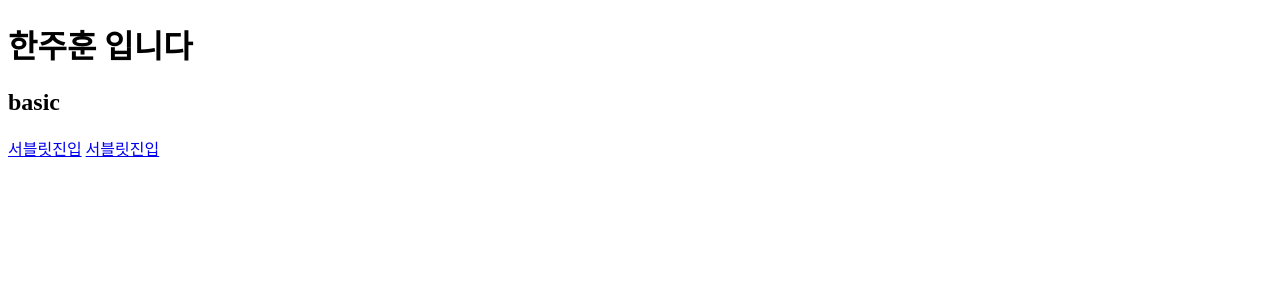
Repository: hjh5217/newJSP
Page: http://localhost/jspProj/
These files come from the project's save history. The page is drawn as it stood at one moment and after the next save; the edit follows.
The browser window is 1280 px wide. The pictures show the whole page.
The page is served by Tomcat 9. Nobody is signed in. The application's start-up code is not run. Other server files are loaded and not shown.

Above is the page before, as saved 2023-07-25 06:54:45.

### jspProj/src/main/webapp/index.jsp
<%@ page language="java" contentType="text/html; charset=UTF-8"
    pageEncoding="UTF-8"%>
<!DOCTYPE html>
<html>
<head>
<meta charset="UTF-8">
<title>jspProj 입니다</title>
</head>
<body>
	<h1>한주훈 입니다</h1>
	<h2>basic</h2>
	<a href="basic/First">서블릿진입</a>
	<a href="basic/03_third.jsp">서블릿진입</a>
</body>
</html>

After the next save:
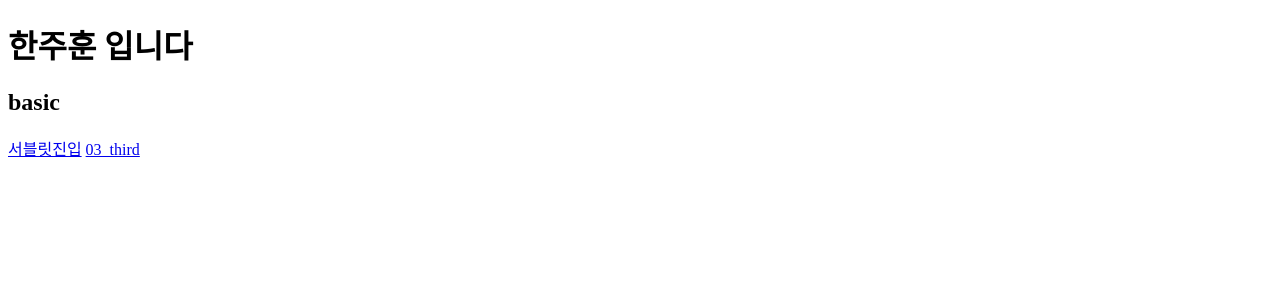
Saved 8 s later.
--- a/jspProj/src/main/webapp/index.jsp
+++ b/jspProj/src/main/webapp/index.jsp
@@ -10,6 +10,6 @@
 	<h1>한주훈 입니다</h1>
 	<h2>basic</h2>
 	<a href="basic/First">서블릿진입</a>
-	<a href="basic/03_third.jsp">서블릿진입</a>
+	<a href="basic/03_third.jsp">03_third<a>
 </body>
 </html>
